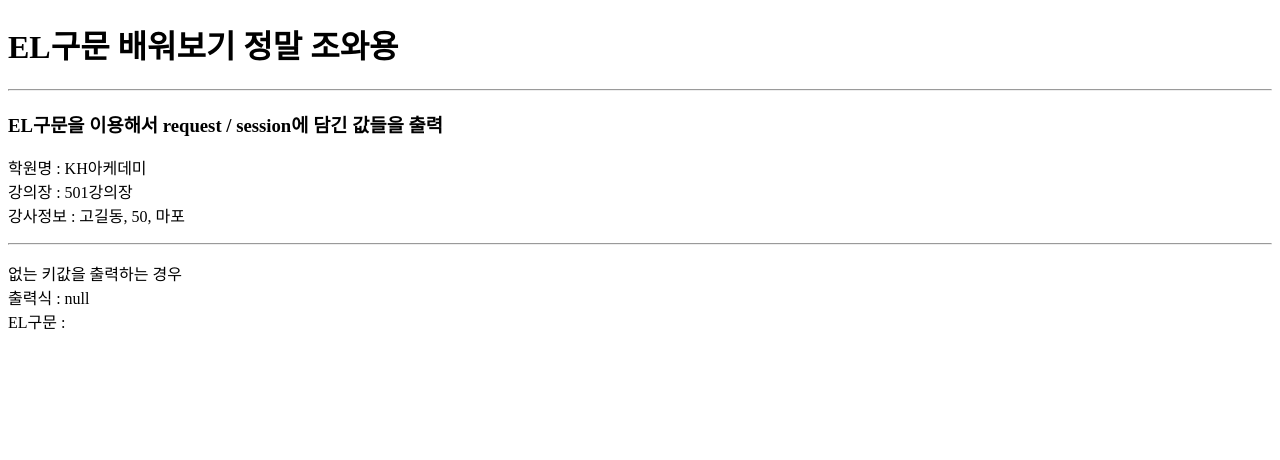
Repository: ghksl0204-shapa/dynamic-web
Page: http://localhost/ActionProject/el.do
An editor plug-in stored every save of this project. The page is shown before and after the next save, followed by the edit.
The browser window is 1280 px wide. The pictures show the whole page.
The page is served by Tomcat 9.

Above is the page before, as saved 2026-05-06 06:10:08.

After the next save:
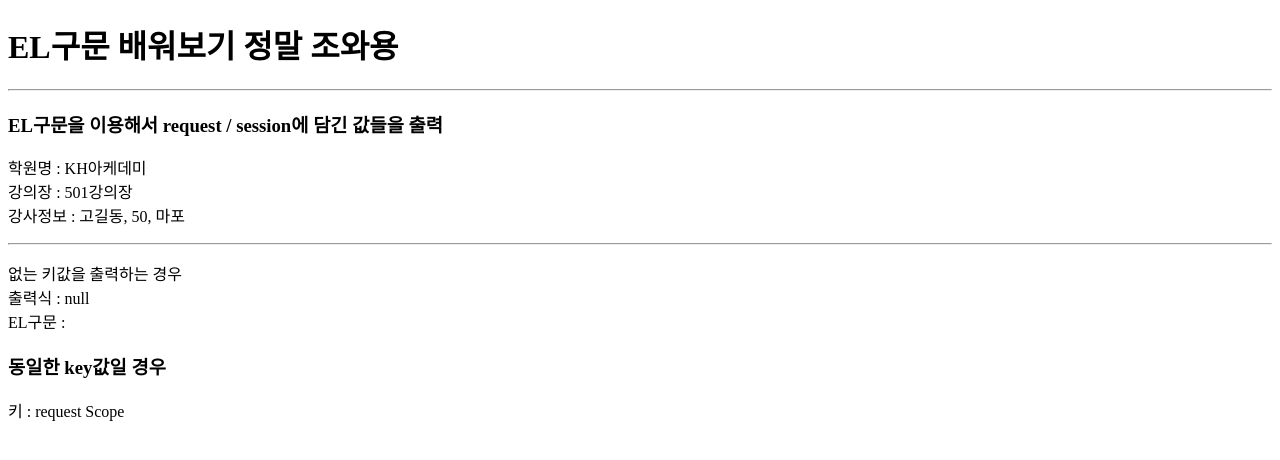
Saved 27 s later.
--- a/ActionProject/src/main/webapp/WEB-INF/views/01_el.jsp
+++ b/ActionProject/src/main/webapp/WEB-INF/views/01_el.jsp
@@ -62,7 +62,9 @@
 		EL구문 : ${ clasRoom } <br>
 	</p>
 
+	<h3>동일한 key값일 경우</h3>
 
+	키 : ${ key }
 
 
 
